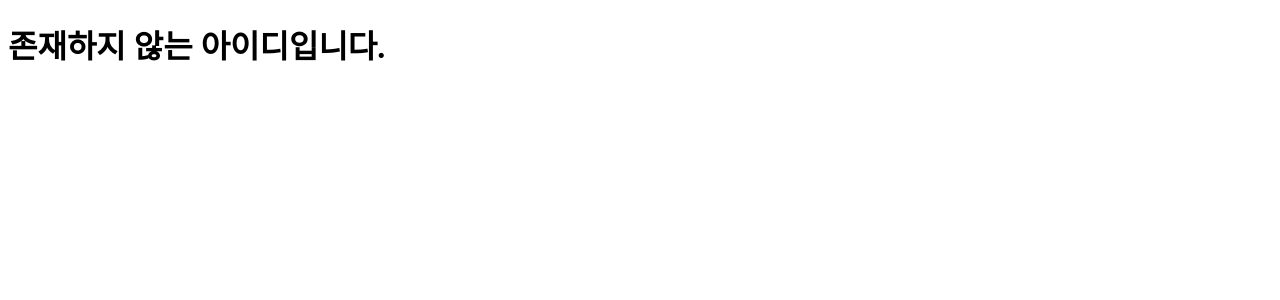
Repository: limbbbyoung/JSP_practice
Page: http://localhost/JSPbasic/jspobject/session/session_id_fail.jsp
An editor plug-in stored every save of this project. The page is shown before and after the next save, followed by the edit.
The browser window is 1280 px wide. The pictures show the whole page.
The page is served by Tomcat 9.

Above is the page before, as saved 2022-03-30 08:35:01.

### JSPbasic/src/main/webapp/jspobject/session/session_id_fail.jsp
<%@ page language="java" contentType="text/html; charset=UTF-8"
    pageEncoding="UTF-8"%>
<!DOCTYPE html>
<html>
<head>
<meta charset="UTF-8">
<title>Insert title here</title>
</head>
<body>
      <h1>존재하지 않는 아이디입니다.</h1>
</body>
</html>

After the next save:
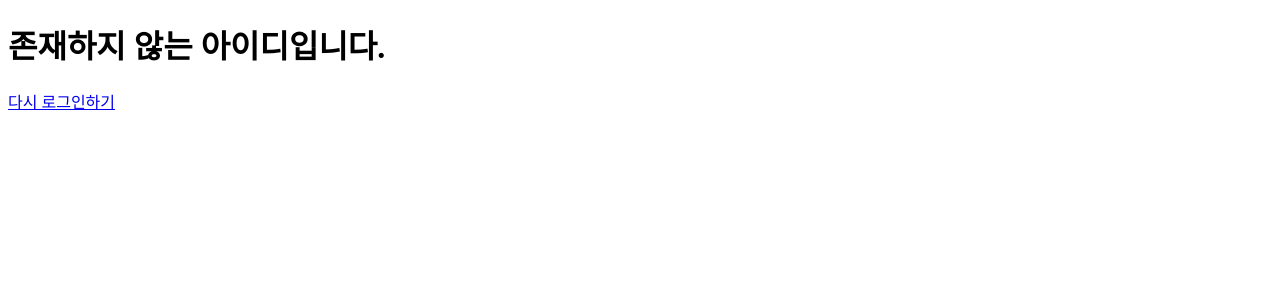
Saved 18 s later.
--- a/JSPbasic/src/main/webapp/jspobject/session/session_id_fail.jsp
+++ b/JSPbasic/src/main/webapp/jspobject/session/session_id_fail.jsp
@@ -8,5 +8,6 @@
 </head>
 <body>
       <h1>존재하지 않는 아이디입니다.</h1>
+      <a href="session_login_form.jsp">다시 로그인하기</a>
 </body>
 </html>
